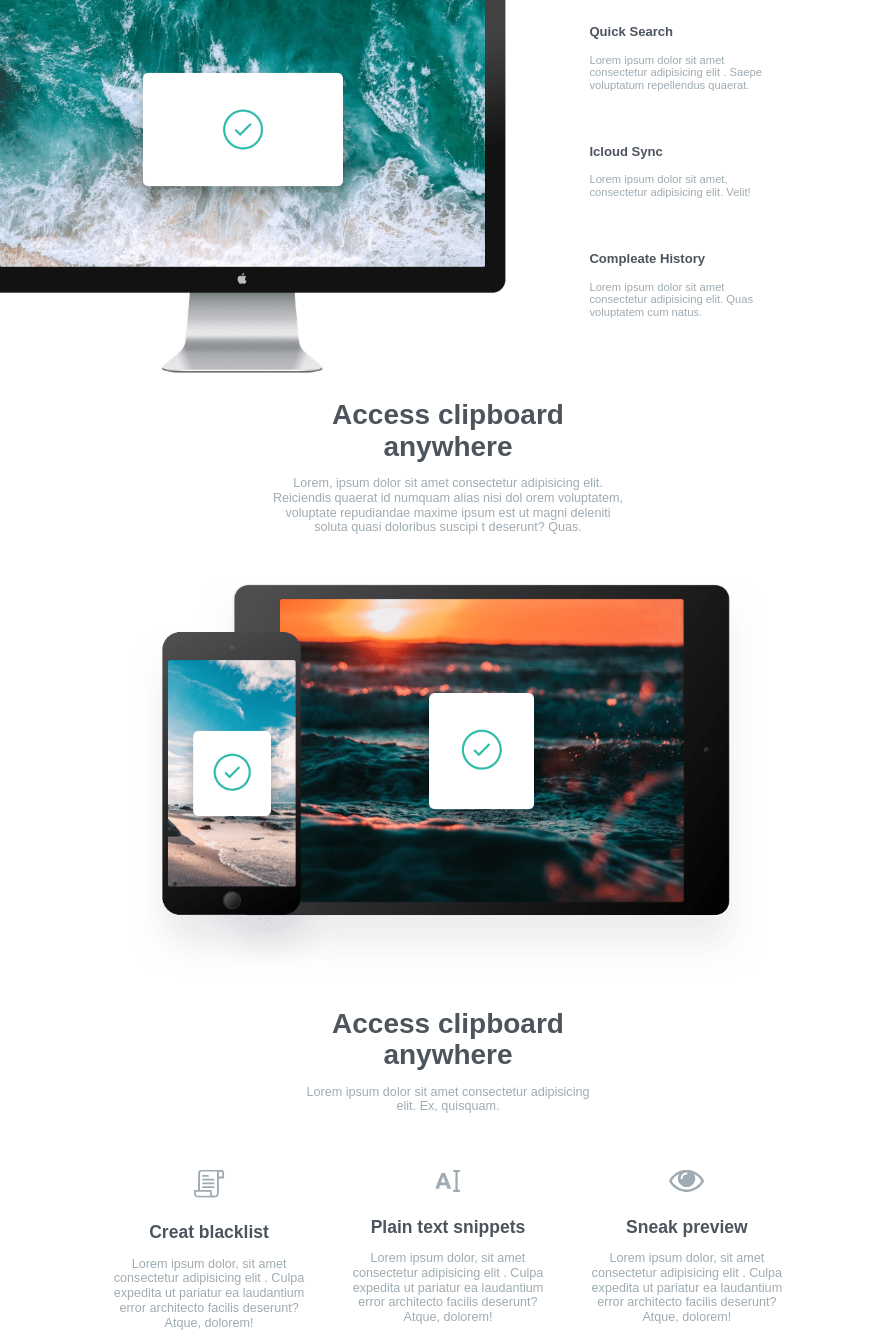
Repository: AbuMulla-Mohammad/clipboard
Page: index.html
These files come from the project's save history. The page is drawn as it stood at one moment and after the next save; the edit follows.
The browser window is 1280 px wide. The pictures show the part of the page from y = 910 to 2830 px (the page is 2830 px tall before and 2797 px after), at 70% of full size.
Some web fonts or font styles are not loaded; a fallback is used.

Above is the page before, as saved 2023-11-01 11:05:33.

After the next save:
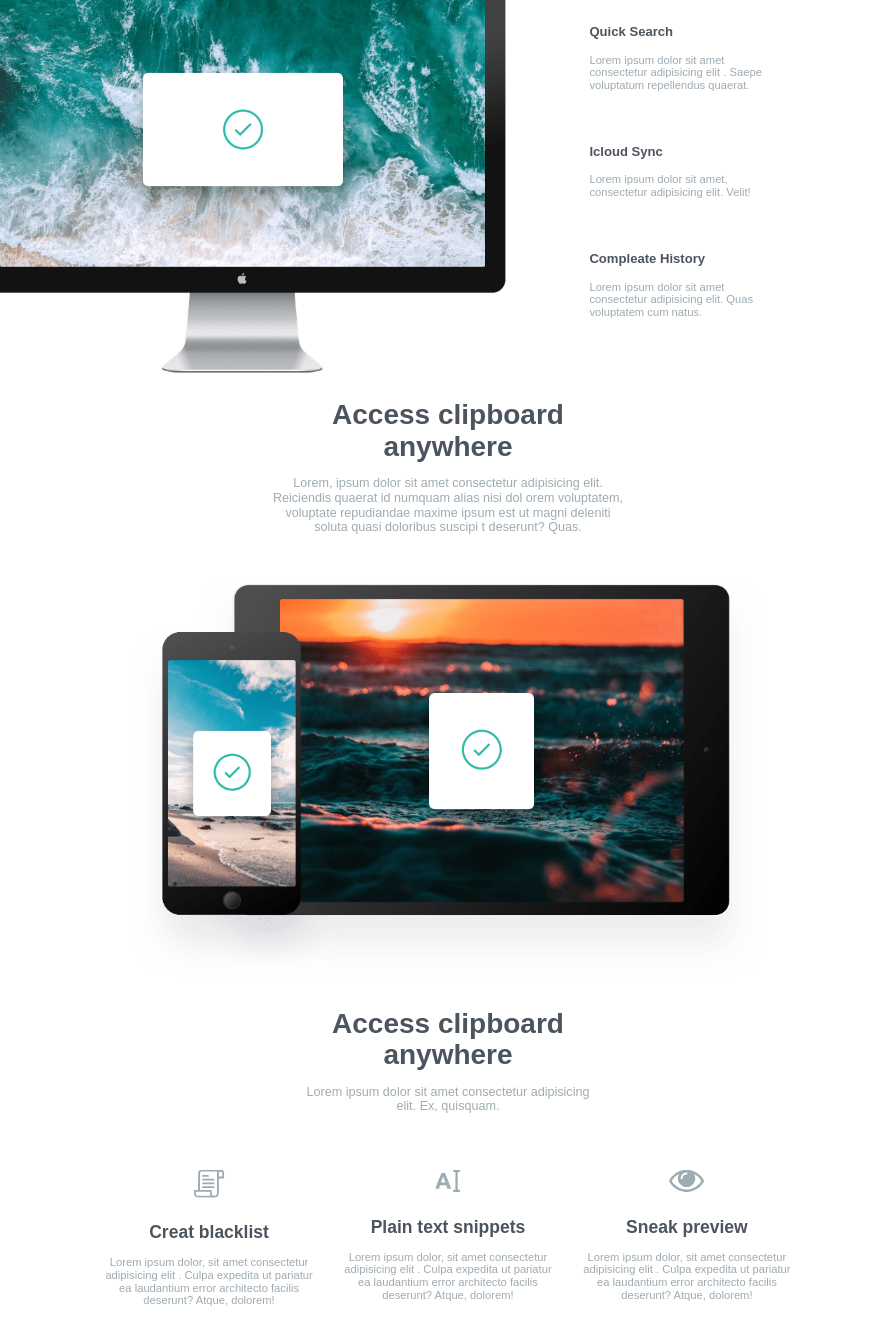
Saved 9 s later.
--- a/css/style.css
+++ b/css/style.css
@@ -143,7 +143,7 @@
     font-weight: 600;
 }
 .workflow .workflow-items .item p{
-    font-size: 18px;
+    /* font-size: 18px; */
     color: var(--Grayish-Blue);
     font-weight: 400;
 }
